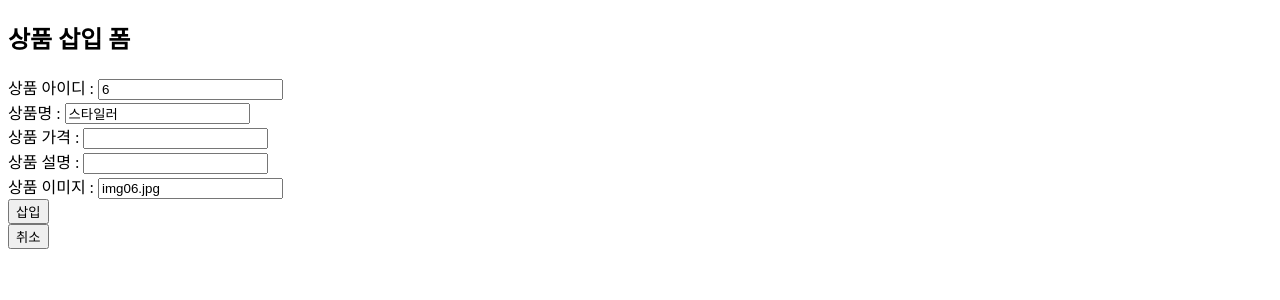
Repository: JhPlayGround/jsp
Page: http://localhost/chap03_MVC_JDBC/WEB-INF/views/jsp/insertForm.jsp
An editor plug-in stored every save of this project. The page is shown before and after the next save, followed by the edit.
The browser window is 1280 px wide. The pictures show the whole page.
The page is served by Tomcat 9. Nobody is signed in. The template is opened directly, without the code that normally fills it, so the values that code supplies are empty.

Above is the page before, as saved 2019-08-06 02:34:03.
Console error (its wording comes from the project's code and is left out).

After the next save:
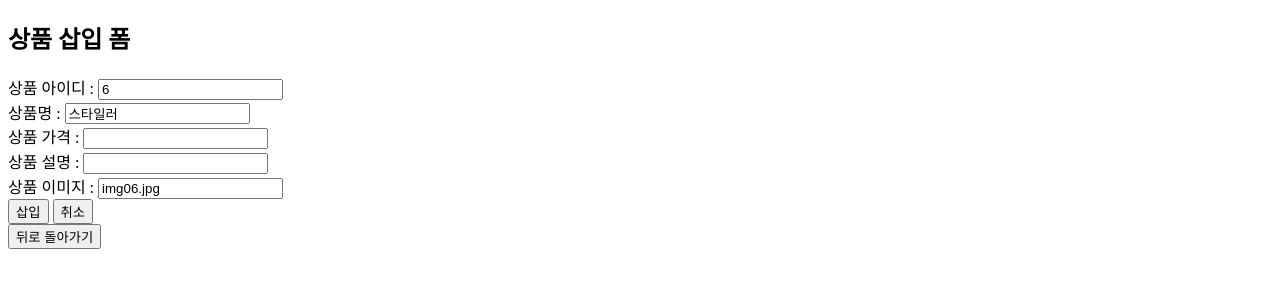
Saved 31 s later.
--- a/workspace/chap03_MVC_JDBC/src/main/webapp/WEB-INF/views/jsp/insertForm.jsp
+++ b/workspace/chap03_MVC_JDBC/src/main/webapp/WEB-INF/views/jsp/insertForm.jsp
@@ -34,9 +34,10 @@
 		상품 설명 : <input id = "item_des" name = "item_des"><br>
 		상품 이미지 : <input id = "item_pic" name = "item_pic" value="img06.jpg"><br>
 		<input type ="submit" value = "삽입"/>
+		<input type ="reset" value = "취소"/>
 	</form>
 	<a href = "<%=request.getContextPath() %>/main.do">
-			<input type ="reset" value = "취소"/>
+			<input type ="button" value = "뒤로 돌아가기"/>
 	</a>
 </body>
 </html>
